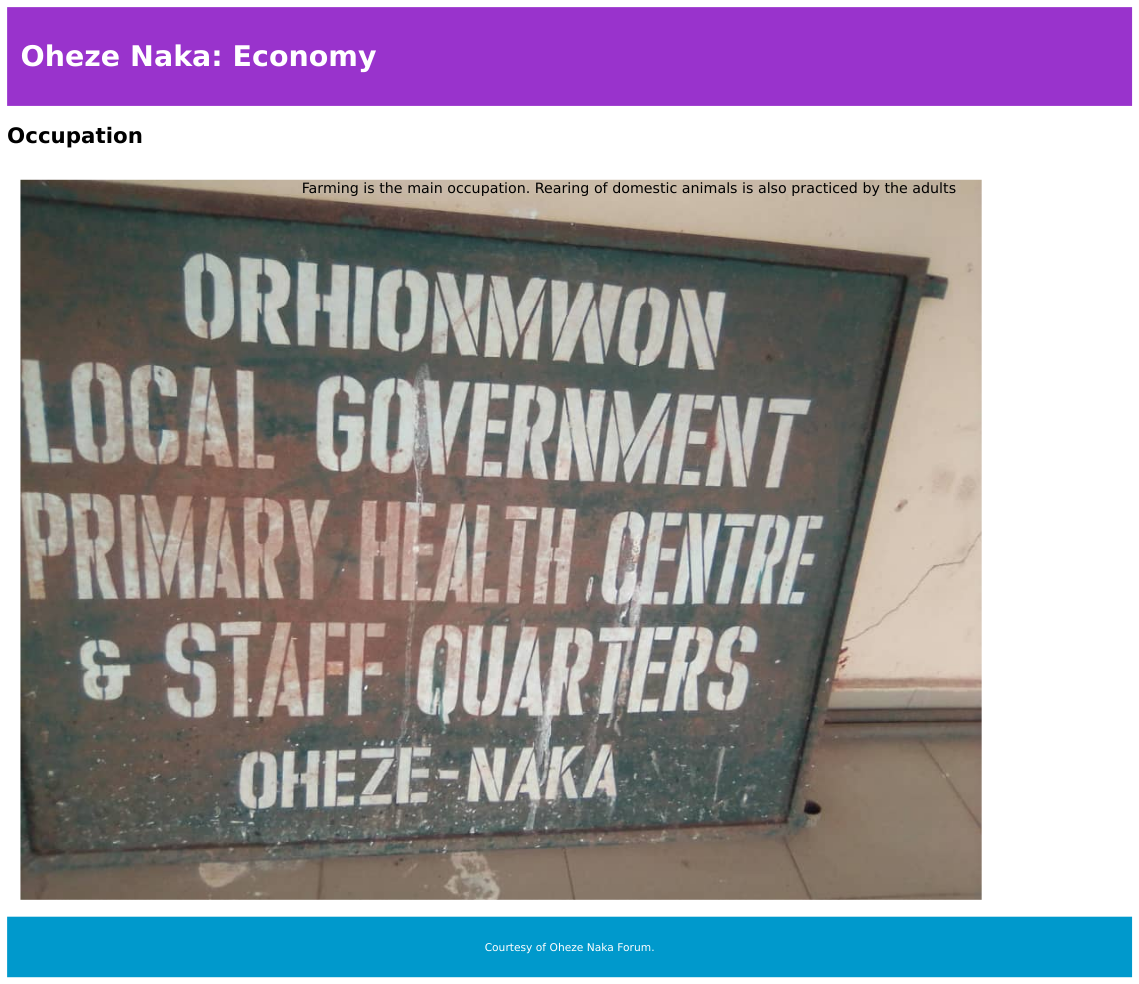
Repository: OtasowieRotimiOsifo/oheze-naka-forum
Page: economy.html
An editor plug-in stored every save of this project. The page is shown before and after the next save, followed by the edit.
The browser window is 1280 px wide. The pictures show the whole page, at 89% of full size.

Above is the page before, as saved 2021-04-01 22:40:43.

After the next save:
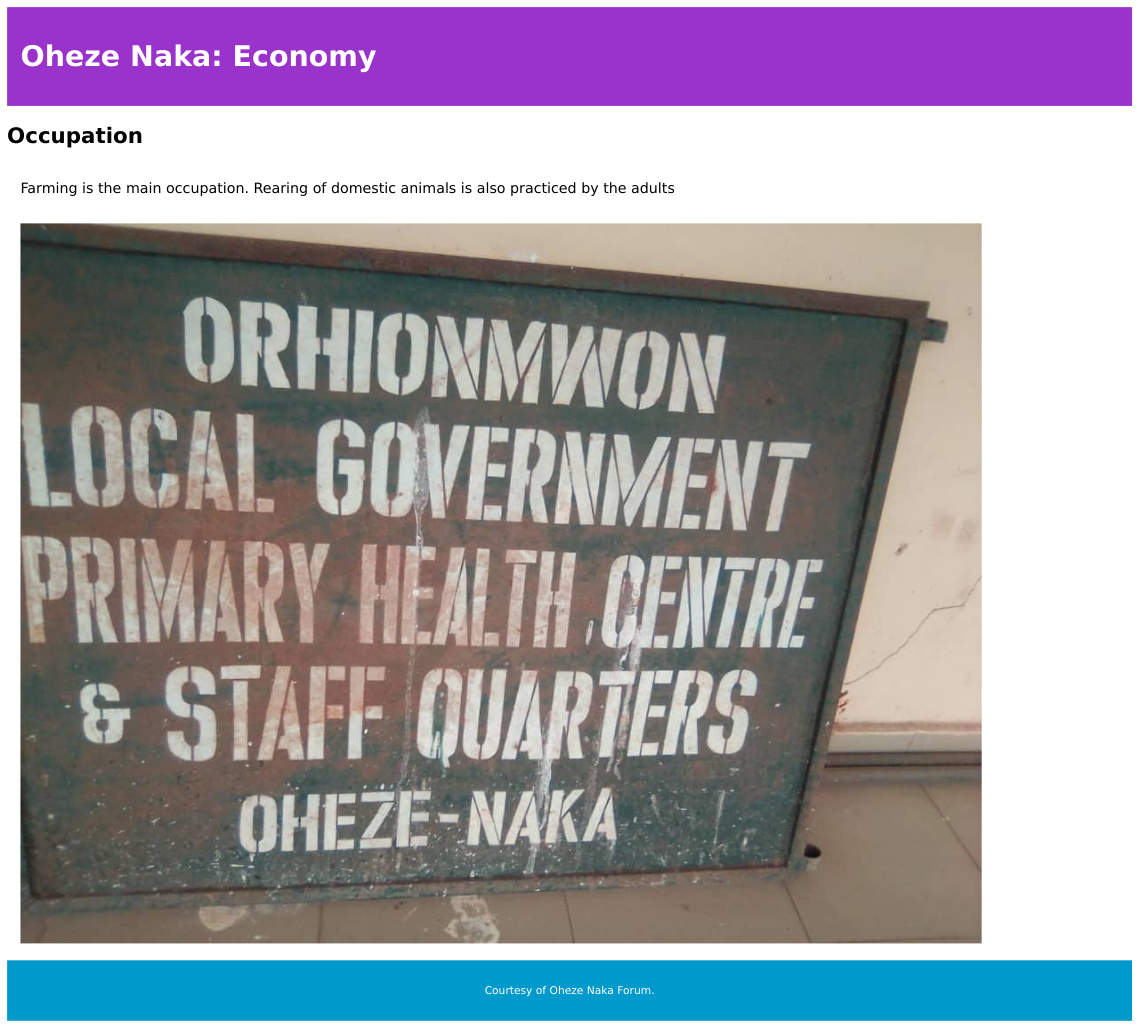
Saved 62 s later.
--- a/economy.html
+++ b/economy.html
@@ -109,14 +109,14 @@ html {
 </div>
 <div class="row">
   <h2>Occupation</h2>
-  <div  class="col-3 col-s-3">
+  <div class="col-8 col-s-9">
+      <span>Farming is the main occupation. Rearing of domestic animals is also practiced by the adults </span>
+    </div>
+  </div>
+  <div class="row">
+    <div  class="col-3 col-s-3">
       <img src="img/maternity-sign.jpeg"/>
   </div>
-  <div class="col-8 col-s-9">
-      <span>Farming is the main occupation. Rearing of domestic animals is also practiced by the adults </span>
-
-
-    </div>
   </div>
 
 <div class="footer">
